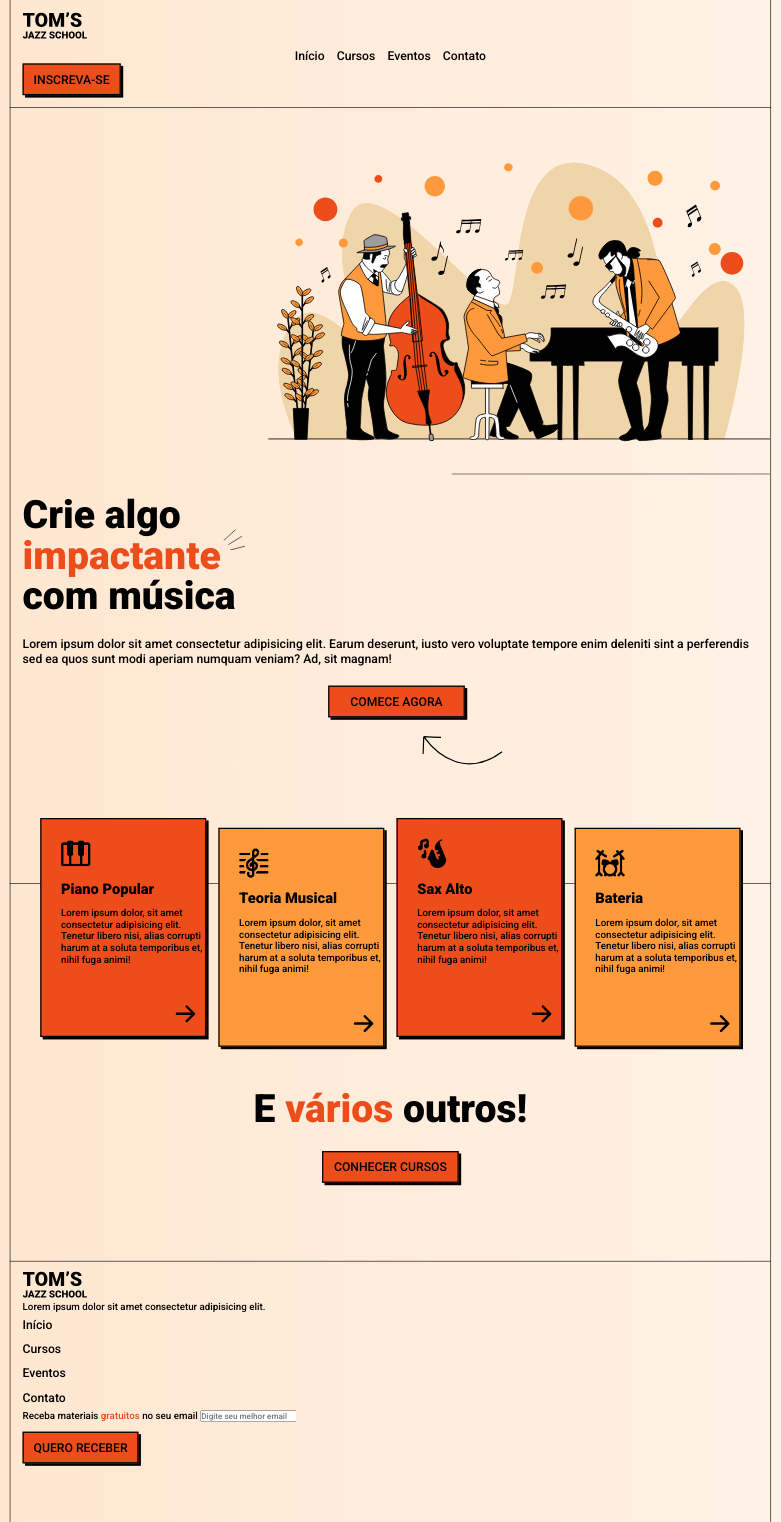
Repository: tenoriodasilva31/OBC-Music-School
Page: index.html
The author's editor kept a copy of each file at every save. The page is drawn from the files as they stood at one save, then again after the next save.
The browser window is 1280 px wide. The pictures show the whole page, at 61% of full size.

Above is the page before, as saved 2023-07-05 18:15:44.

After the next save:
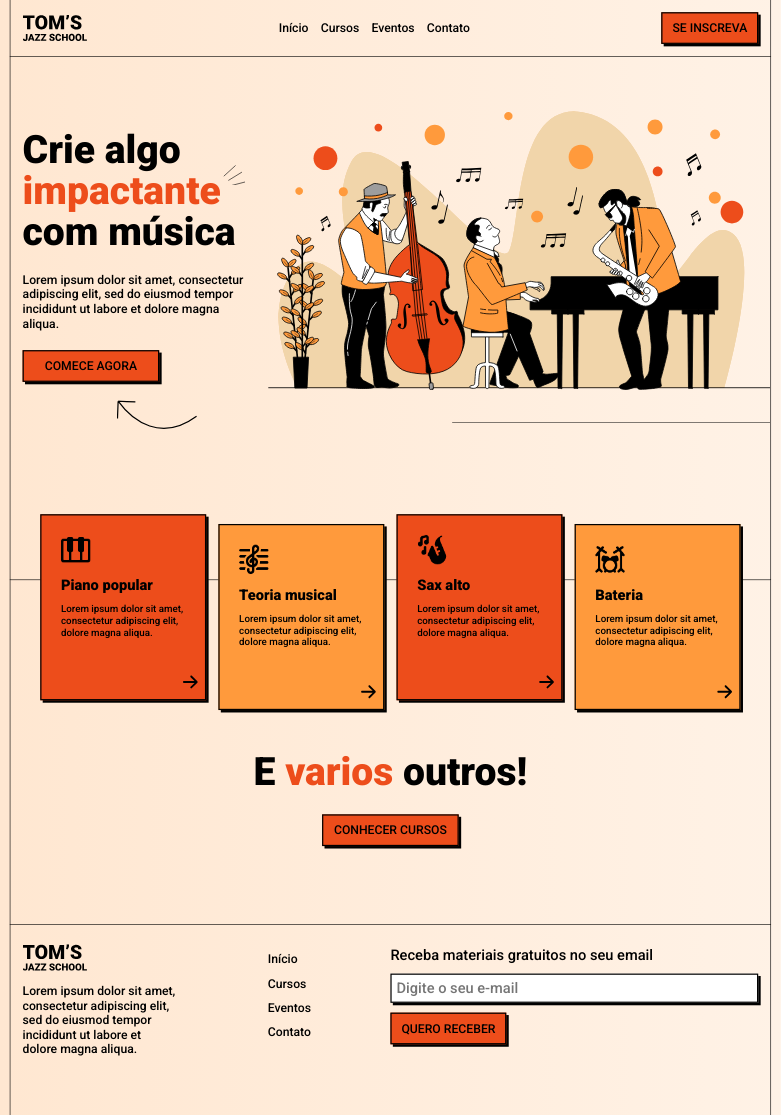
Saved 114 s later.
--- a/index.html
+++ b/index.html
@@ -11,83 +11,94 @@
     <link rel="stylesheet" href="index.css">
 
     <link href="https://fonts.googleapis.com/css2?family=Roboto:wght@500;900&display=swap" rel="stylesheet">
-</head>
-<body>
+  </head>
+
+  <body>
     <header>
-        <img src="./img/logo.svg" alt="Tom's School">
-        <nav class="mt-1 mx-auto">
-            <a href="#">Início</a>
-            <a href="#">Cursos</a>
-            <a href="#">Eventos</a>
-            <a href="#">Contato</a>
+      <div class="container">
+        <img src="img/logo.svg" alt="Tom's Jazz School" width="106" height="44">
+        <nav>
+          <a href="#">Início</a>
+          <a href="#">Cursos</a>
+          <a href="#">Eventos</a>
+          <a href="#">Contato</a>
         </nav>
-        <button href="#" class="button mt-1 mb-1 mx-auto">Inscreva-se</button>
+        <a href="#" class="button mt-1 mb-1 mx-auto">Se inscreva</a>
+      </div>
     </header>
     <main>
-        <section class="hero-section">
-            <img src="/img/hero-img.svg" alt="Banda de jazz se apresentando">
-            <div>
-                <h1 class="mt-2">Crie algo <span class="text-primary decoration">impactante</span> com música</h1>
-                <p class="mt-2 mb-2">Lorem ipsum dolor sit amet consectetur adipisicing elit. Earum deserunt, iusto vero voluptate tempore enim deleniti sint a perferendis sed ea quos sunt modi aperiam numquam veniam? Ad, sit magnam!</p>
-                <a href="#" class="button mt-1 mb-1 mx-auto">Comece agora</a>
-            </div>
-        </section>
-        <section class="courses-section">
-            <div class="cards">
-            <article class="card">
-                <img src="/img/piano.png" alt="icone de teclas de piano">
-                <strong>Piano Popular</strong>
-                <p>Lorem ipsum dolor, sit amet consectetur adipisicing elit. Tenetur libero nisi, alias corrupti harum at a soluta temporibus et, nihil fuga animi!</p>
-                <a href="#">
-                    <img src="/img/arrow-right.svg" alt="Ir para página do curso">
-                </a>
-            </article>
-            <article class="card">
-                <img src="/img/clef.png" alt="icone clave">
-                <strong>Teoria Musical</strong>
-                <p>Lorem ipsum dolor, sit amet consectetur adipisicing elit. Tenetur libero nisi, alias corrupti harum at a soluta temporibus et, nihil fuga animi!</p>
-                <a href="#">
-                    <img src="/img/arrow-right.svg" alt="Ir para página do curso">
-                </a>
-            </article>
-            <article class="card">
-                <img src="/img/sax.png" alt="icone de teclas de piano">
-                <strong>Sax Alto</strong>
-                <p>Lorem ipsum dolor, sit amet consectetur adipisicing elit. Tenetur libero nisi, alias corrupti harum at a soluta temporibus et, nihil fuga animi!</p>
-                <a href="#">
-                    <img src="/img/arrow-right.svg" alt="Ir para página do curso">
-                </a>
-            </article>
-            <article class="card">
-                <img src="/img/drums.png" alt="icone de teclas de piano">
-                <strong>Bateria</strong>
-                <p>Lorem ipsum dolor, sit amet consectetur adipisicing elit. Tenetur libero nisi, alias corrupti harum at a soluta temporibus et, nihil fuga animi!</p>
-                <a href="#">
-                    <img src="/img/arrow-right.svg" alt="Ir para página do curso">
-                </a>
-            </article>
-            </div>
-            <h2 class="text-center">E <span class="text-primary">vários</span> outros!</h2>
-            <a href="#" class="button mt-2 mx-auto">Conhecer cursos</a>
-        </section>
+      <section class="hero-section">
+        <div class="container row-reverse">
+          <img src="img/hero-img.svg" alt="Banda de jazz tocando">
+          <div>
+            <h1 class="mt-2">Crie algo <span class="text-primary decoration">impactante</span> com música</h1>
+            <p class="mt-2 mb-2">Lorem ipsum dolor sit amet, consectetur adipiscing elit, sed do eiusmod tempor incididunt ut labore et
+              dolore magna aliqua.</p>
+            <a href="#" class="button">Comece agora</a>
+          </div>
+        </div>
+      </section>
+      <section class="courses-section">
+        <div class="cards">
+          <article class="card">
+            <img src="img/piano.png" alt="ícone de teclas de piano" height="48" width="48">
+            <strong>Piano popular</strong>
+            <p>Lorem ipsum dolor sit amet, consectetur adipiscing elit, dolore magna aliqua.</p>
+            <a href="#">
+              <img src="img/arrow-right.svg" alt="Ir para página do curso" height="48" width="48">
+            </a>
+          </article>
+          <article class="card">
+            <img src="img/clef.png" alt="ícone da clave de sol" height="48" width="48">
+            <strong>Teoria musical</strong>
+            <p>Lorem ipsum dolor sit amet, consectetur adipiscing elit, dolore magna aliqua.</p>
+            <a href="#">
+              <img src="img/arrow-right.svg" alt="Ir para página do curso" height="48" width="48">
+            </a>
+          </article>
+          <article class="card">
+            <img src="img/sax.png" alt="ícone de saxofone" height="48" width="48">
+            <strong>Sax alto</strong>
+            <p>Lorem ipsum dolor sit amet, consectetur adipiscing elit, dolore magna aliqua.</p>
+            <a href="#">
+              <img src="img/arrow-right.svg" alt="Ir para página do curso" height="48" width="48">
+            </a>
+          </article>
+          <article class="card">
+            <img src="img/drums.png" alt="ícone de bateria" height="48" width="48">
+            <strong>Bateria</strong>
+            <p>Lorem ipsum dolor sit amet, consectetur adipiscing elit, dolore magna aliqua.</p>
+            <a href="#">
+              <img src="img/arrow-right.svg" alt="Ir para página do curso" height="48" width="48">
+            </a>
+          </article>
+        </div>
+
+        <h2 class="text-center">E <span class="text-primary">varios</span> outros!</h2>
+        <a href="#" class="button mt-2 mx-auto">Conhecer cursos</a>
+      </section>
     </main>
 
     <footer>
-        <div>
-            <img src="/img/logo.svg" alt="Tom's School">
-            <p>Lorem ipsum dolor sit amet consectetur adipisicing elit. </p>
+      <div class="container">
+        <div class="about-column">
+          <img src="img/logo.svg" alt="Tom's Jazz School" class="mt-1 mb-1" width="106" height="44">
+          <p class="mb-2">Lorem ipsum dolor sit amet, consectetur adipiscing elit, sed do eiusmod tempor incididunt ut labore et dolore
+              magna aliqua.</p>
         </div>
-        <nav>
-            <a href="#">Início</a>
-            <a href="#">Cursos</a>
-            <a href="#">Eventos</a>
-            <a href="#">Contato</a>
+        <nav class="mb-2">
+          <a href="#">Início</a>
+          <a href="#">Cursos</a>
+          <a href="#">Eventos</a>
+          <a href="#">Contato</a>
         </nav>
-        <form class="newsleter-form">
-            <label for="email" class="mb-1">Receba materiais <span class="text-primary">gratuitos</span> no seu email</label>
-            <input type="text" name="email" id="email" class="mb-1" placeholder="Digite seu melhor email">
-            <button class="button mb-2">QUERO RECEBER</button>
+        <form class="newsletter-form">
+          <label for="email" class="mb-1">Receba materiais gratuitos no seu email</label>
+          <input type="text" name="email" id="email" class="mb-1" placeholder="Digite o seu e-mail">
+          <button class="button mb-2">Quero receber</button>
         </form>
+      </div>
     </footer>
-</body>
-</html>
+  </body>
+
+  </html>
